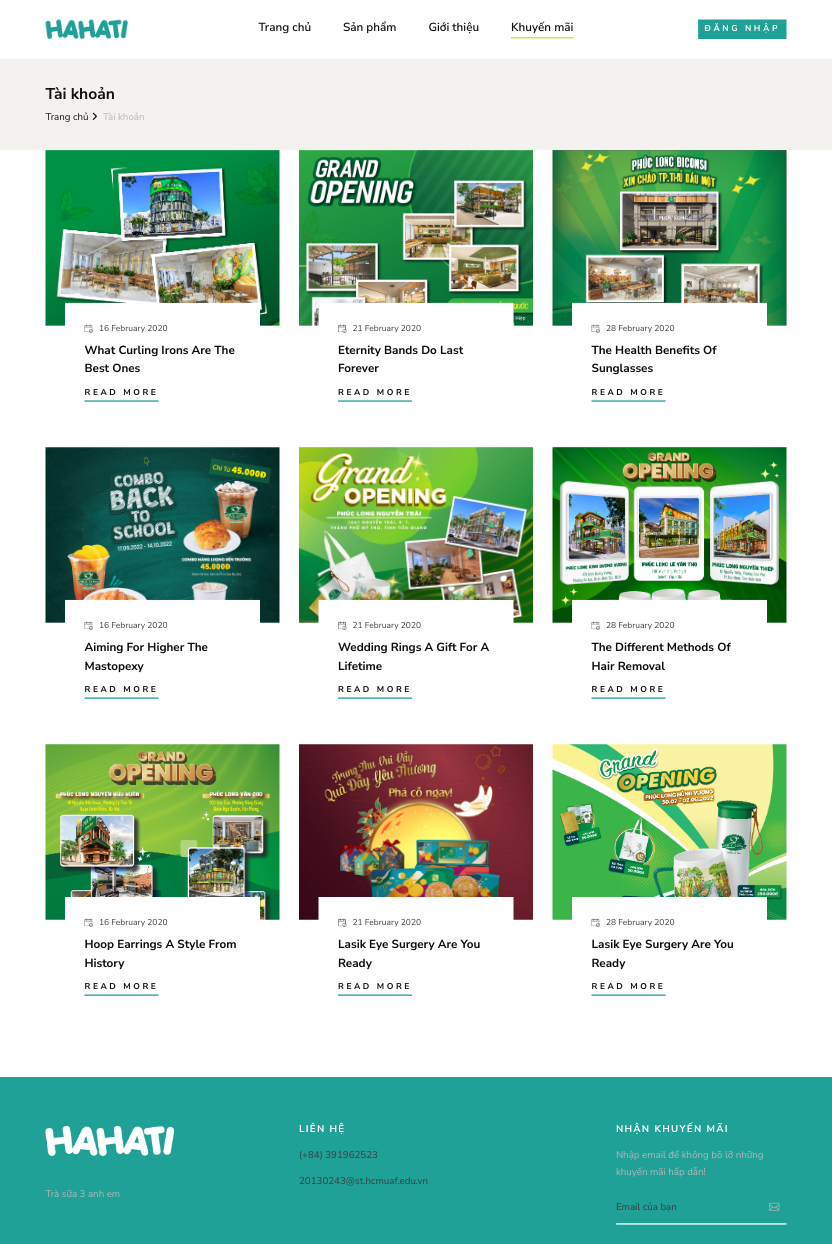
Repository: letrongtinh27/template
Page: blog.html
An editor plug-in stored every save of this project. The page is shown before and after the next save, followed by the edit.
The browser window is 1280 px wide. The pictures show the whole page, at 65% of full size.

Above is the page before, as saved 2022-10-25 18:47:29.

After the next save:
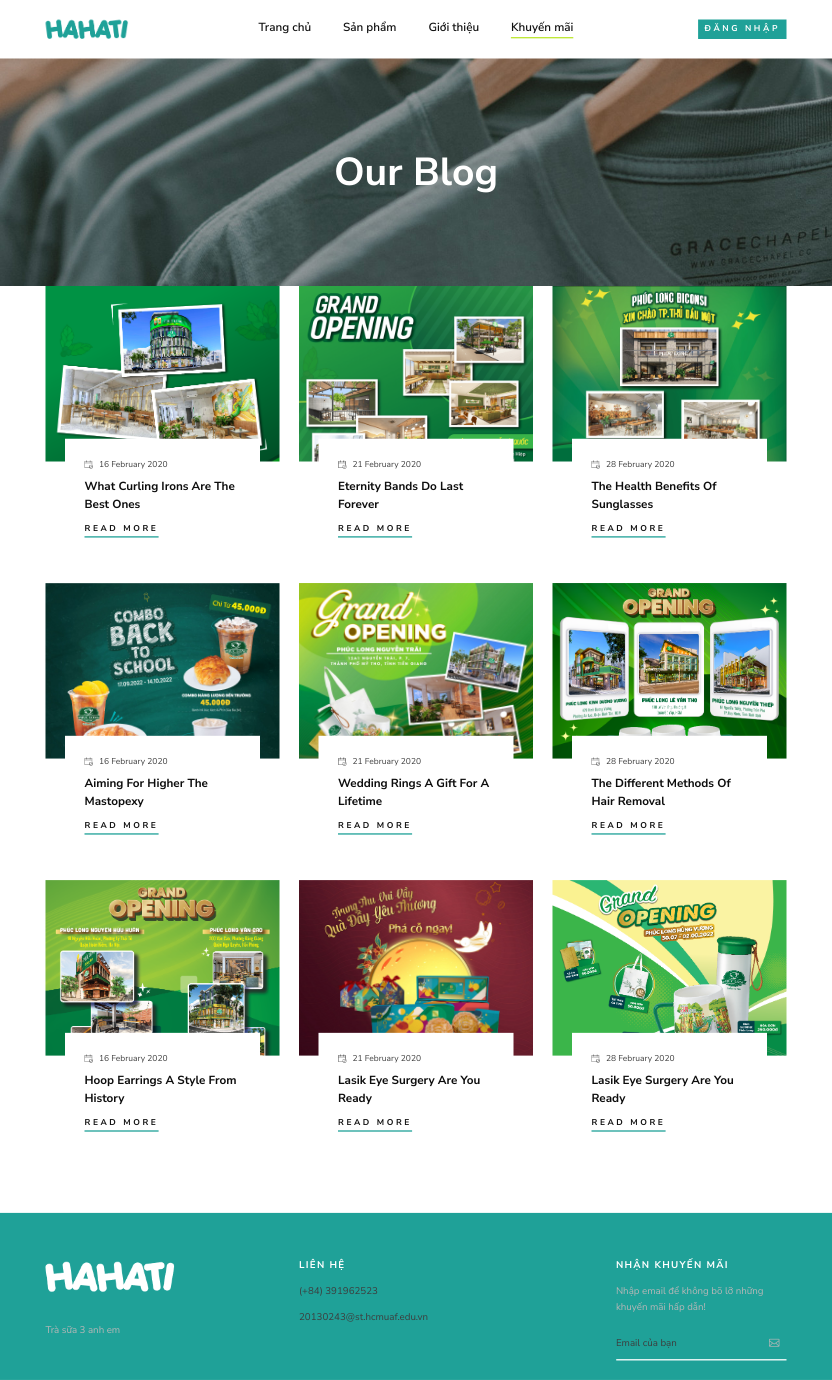
Saved 3 min 15 s later.
--- a/blog.html
+++ b/blog.html
@@ -91,7 +91,7 @@
     <!-- Header Section End -->
 
     <!-- Breadcrumb Section Begin -->
-    <section class="breadcrumb-option">
+    <!-- <section class="breadcrumb-option">
       <div class="container">
         <div class="row">
           <div class="col-lg-12">
@@ -105,7 +105,16 @@
           </div>
         </div>
       </div>
-    </section>
+    </section> -->
+    <section class="breadcrumb-blog set-bg" data-setbg="img/breadcrumb-bg.jpg">
+      <div class="container">
+          <div class="row">
+              <div class="col-lg-12">
+                  <h2>Our Blog</h2>
+              </div>
+          </div>
+      </div>
+  </section>
     <!-- Breadcrumb Section End -->
 
     <!-- Shopping Cart Section Begin -->
